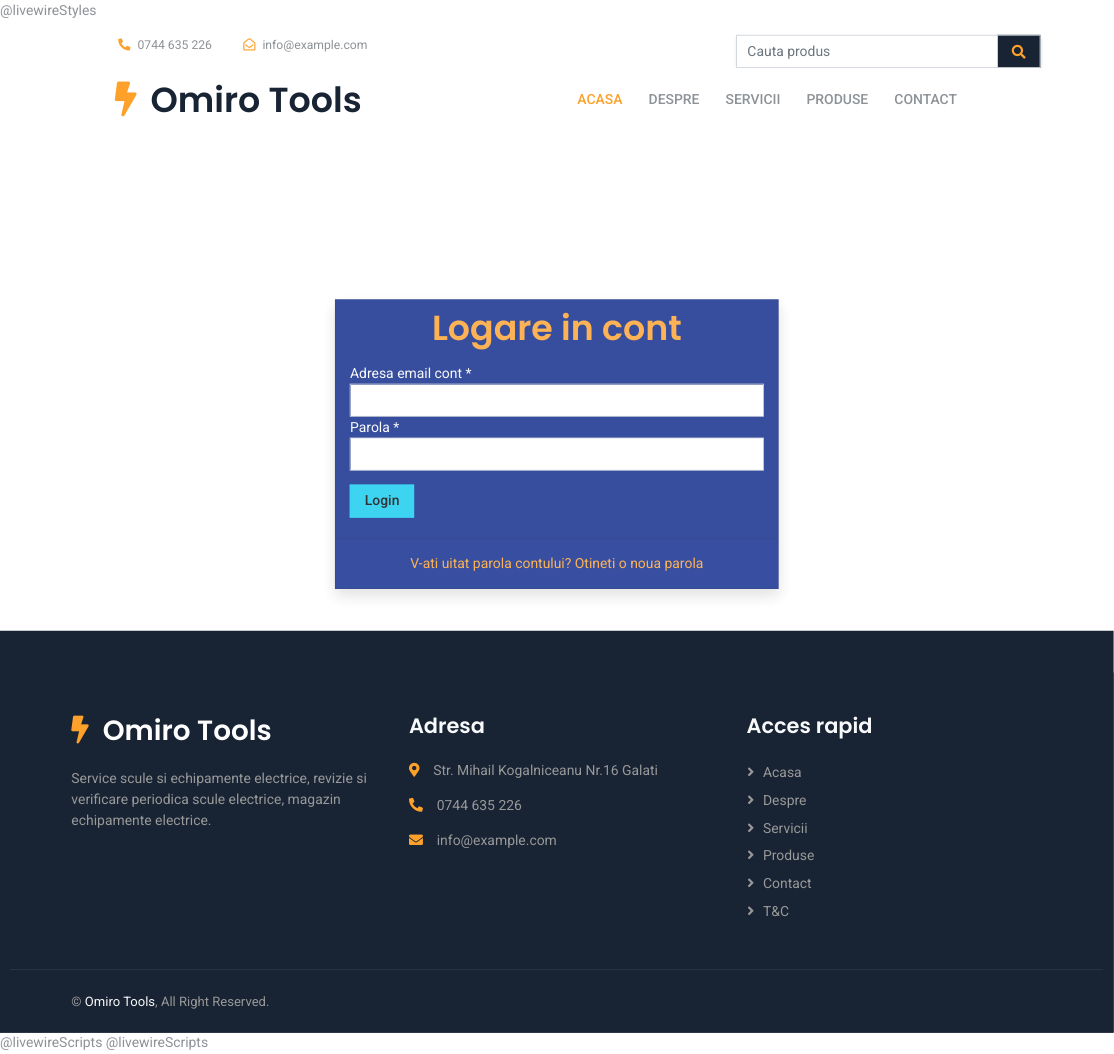
Repository: sorina0109/laravel_test
Page: http://localhost/login
These files come from the project's save history. The page is drawn as it stood at one moment and after the next save; the edit follows.
The browser window is 1280 px wide. The pictures show the whole page, at 87% of full size.
Some web libraries are served in a nearby version. The page is served by the project's Laravel application, run on PHP 8.4 with Laravel 10.

Above is the page before, as saved 2023-08-15 15:01:53.

After the next save:
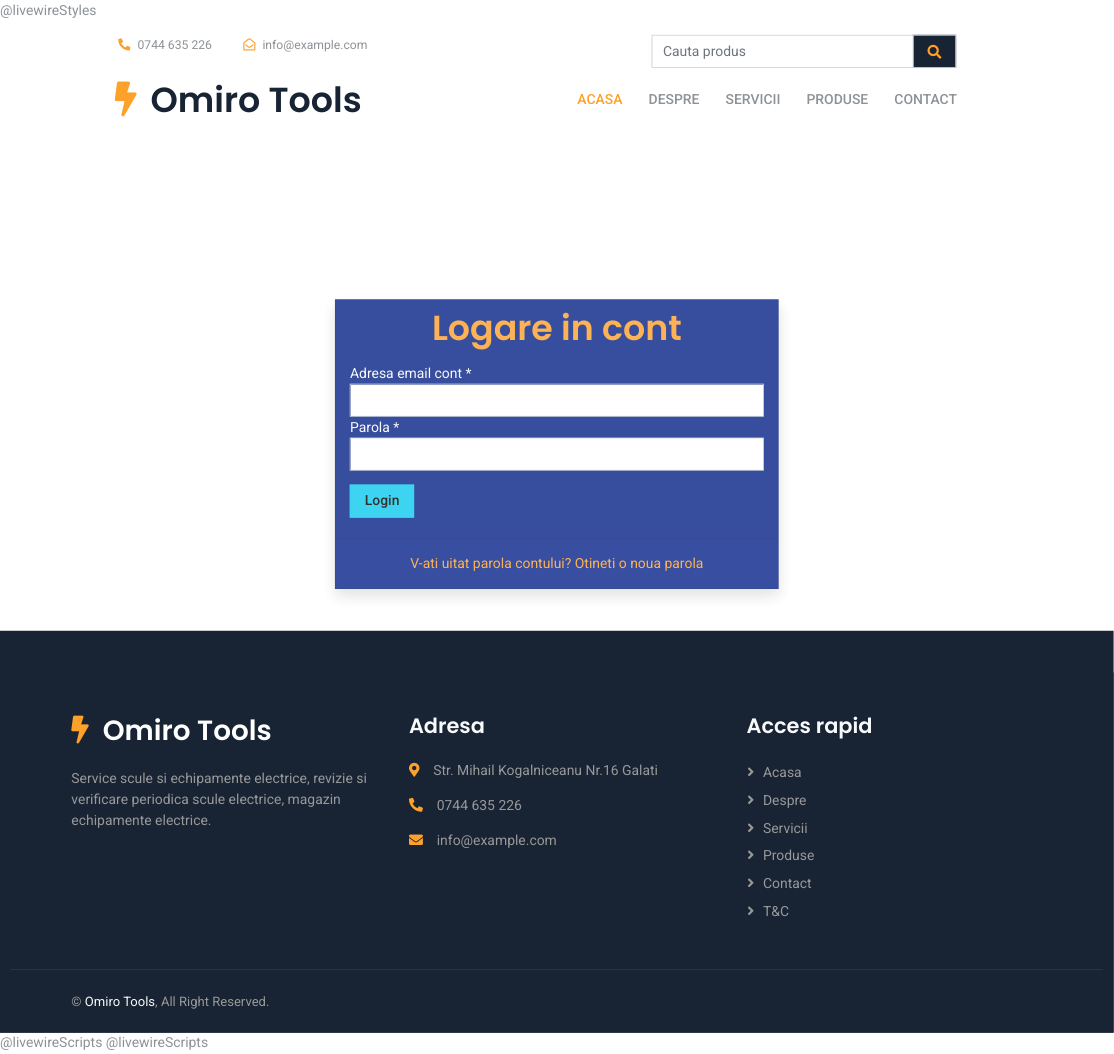
Saved 15 s later.
--- a/resources/views/front/partials/topbar.blade.php
+++ b/resources/views/front/partials/topbar.blade.php
@@ -15,7 +15,7 @@
                 <small>Luni - Vineri : 08.30 - 17.30</small>
             </div>
         </div>
-        <div class="col-lg-6 d-none d-lg-block text-end pl-5 pt-3" >
+        <div class="col-lg-6 d-none d-lg-block text-center pl-5 pt-3" >
             <form style="display: inline-block;" action="{{ route('search') }}" method="GET" id="search-bar">
                 <div class="input-group shadow-sm" style="width: 350px;">
                     <input name="search_product" type="text" class="form-control " placeholder="Cauta produs" >
